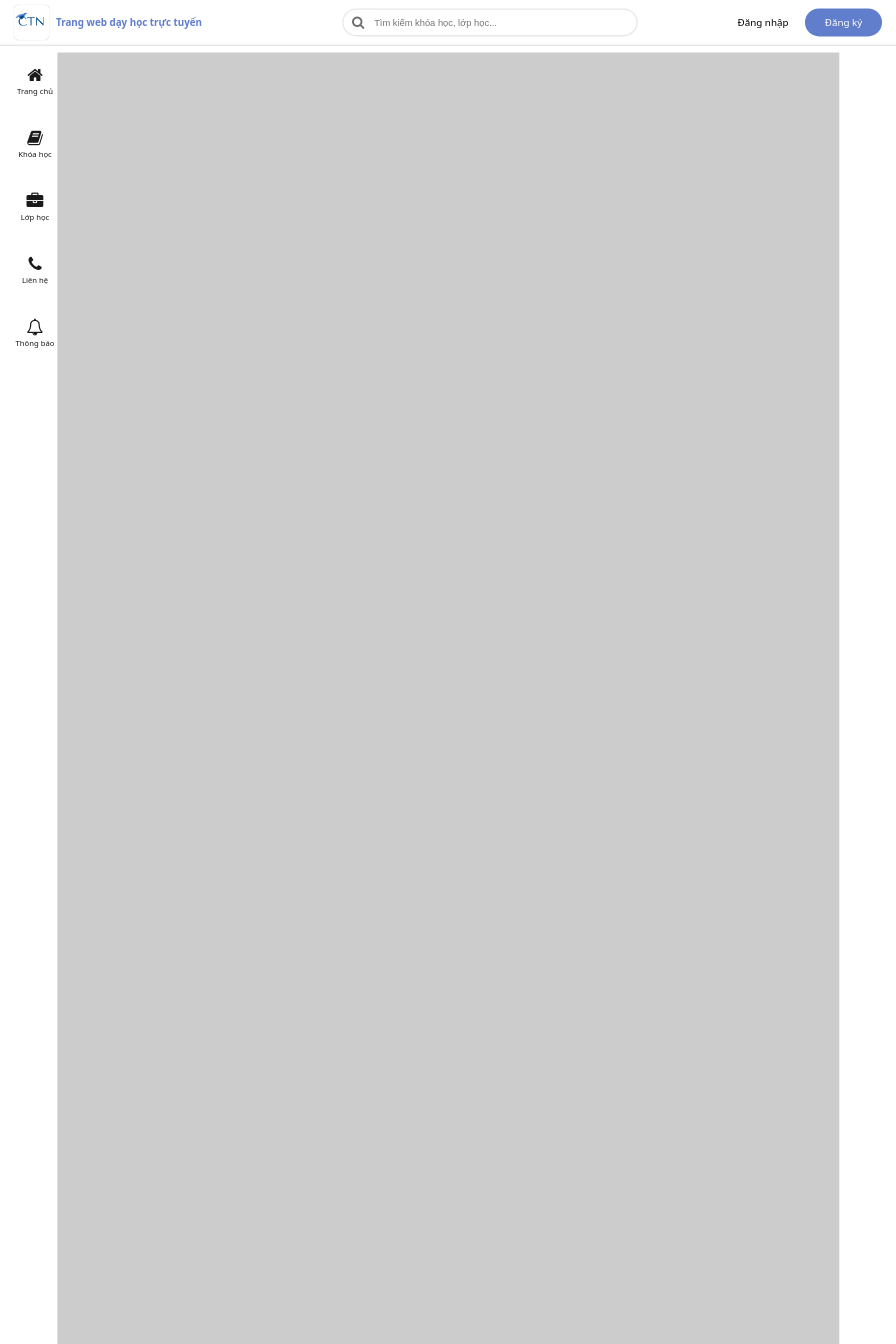
Repository: Nieday306/shophoaqua
Page: index.html
An editor plug-in stored every save of this project. The page is shown before and after the next save, followed by the edit.
The browser window is 1280 px wide. The pictures show the part of the page from y = 0 to 1920 px (the page is 5575 px tall), at 70% of full size.

Above is the page before, as saved 2024-04-07 15:50:17.

After the next save:
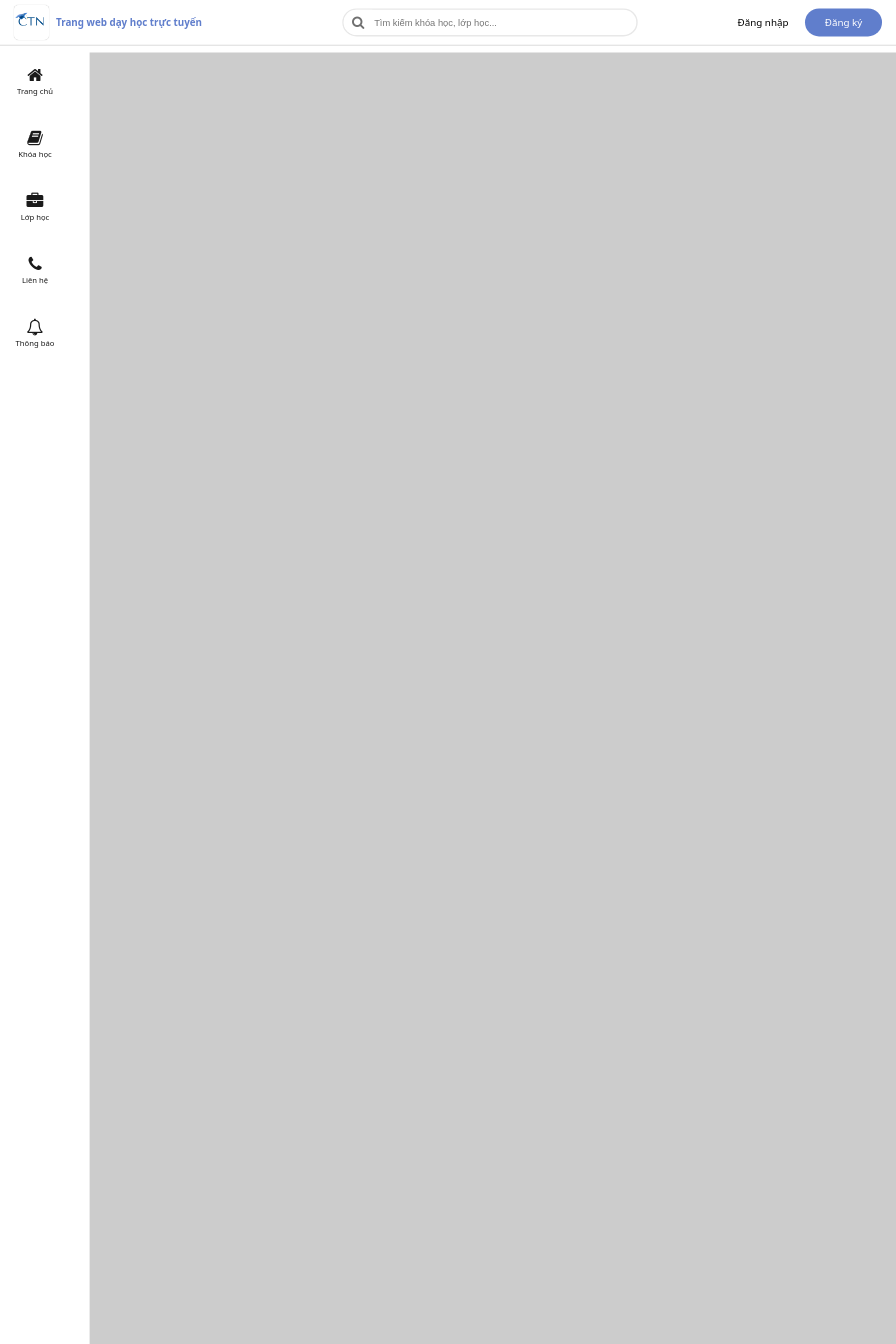
Saved 22 s later.
--- a/assets/css/style.css
+++ b/assets/css/style.css
@@ -208,8 +208,3 @@ footer {
   background-color: #000;
   margin-left: 9%;
 }
-
-.sidebar__content {
-  width: 1117px;
-  margin: 0px auto;
-}
